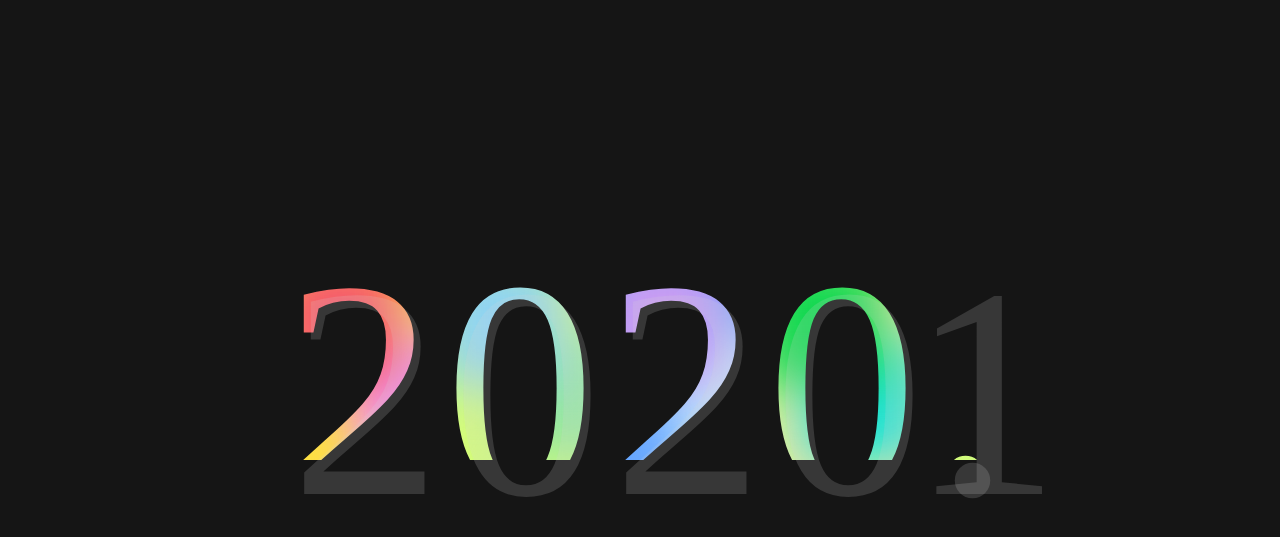
Repository: ramtoppo12/Happy-new-year-2021
Page: index.html
The author's editor kept a copy of each file at every save. The page is drawn from the files as they stood at one save, then again after the next save.
The browser window is 1280 px wide. The pictures show the whole page.
Some web fonts or font styles are not loaded; a fallback is used.

Above is the page before, as saved 2020-12-24 23:23:13.

After the next save:
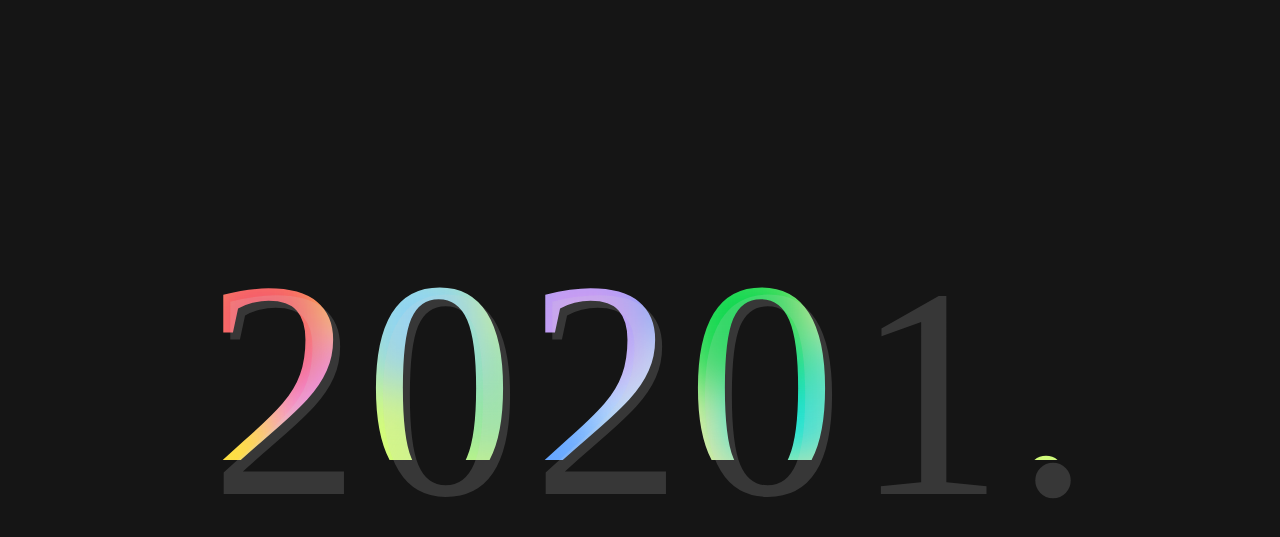
Saved 15 s later.
--- a/style.css
+++ b/style.css
@@ -41,7 +41,4 @@ body {
   background-image: url("data:[embedded picture, 1300 characters]");
 }
 .text-5 {
-  position: absolute;
-  top: 0;
-  left: 70%;
 }
